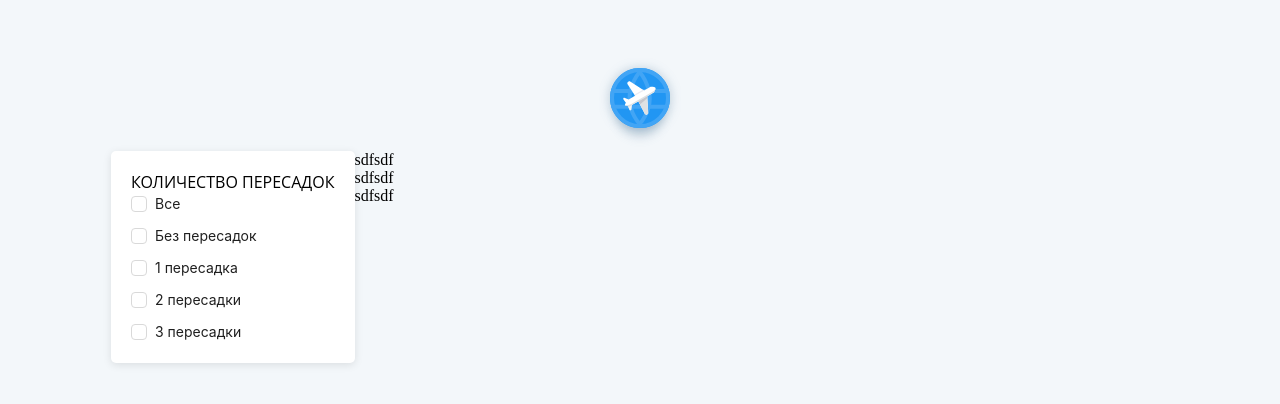
Repository: Dedoxa/aviasalesTickets
Page: /
These files come from the project's save history. The page is drawn as it stood at one moment and after a run of saves; the edit follows.
The browser window is 1280 px wide. The pictures show the whole page.
The project was rebuilt for these pictures with package versions that can differ from the ones it lists, and the page was loaded fresh each time. Also part of the build but not shown: vite.config.js.

Above is the page before, as saved 2024-10-19 16:16:54.

### index.html
<!doctype html>
<html lang="en">
  <head>
    <meta charset="UTF-8" />
    <meta name="viewport" content="width=device-width, initial-scale=1.0" />
    <title>AviasalesTickets</title>
  </head>
  <body>
    <div id="root"></div>
    <script type="module" src="/src/main.jsx"></script>
  </body>
</html>

### src/main.jsx
import { StrictMode } from 'react';
import { createRoot } from 'react-dom/client';

import App from './App.jsx';

createRoot(document.getElementById('root')).render(
  <StrictMode>
    <App />
  </StrictMode>
);

### src/App.jsx
// import React from 'react';

import TransferFilters from './TransferFilters/TransferFilters.jsx';
import AppIcon from './AppIcon/AppIcon.jsx';
import classes from './App.module.scss';

function App() {
  return (
    <main className={classes.App}>
      <AppIcon />
      <div style={ {display: 'flex'} }>
        <TransferFilters />
        <div className={classes.App['priceFiltersAndTicketsContainer']}>
          <div>sdfsdf</div>
          <div>sdfsdf</div>
          <div>sdfsdf</div>
        </div>
      </div>
    </main>
  );
}

export default App;

### src/TransferFilters/TransferFilters.jsx
import { Checkbox } from 'antd';

import { contentBox } from '../App.module.scss';

import classes from './TransferFilters.module.scss';

const TransferFilters = () => {
  return (
    <>
      <div className={contentBox}>
        <span className={classes.title}>КОЛИЧЕСТВО ПЕРЕСАДОК</span>
        <div className={classes.checkboxContainer}>
          <Checkbox>Все</Checkbox>
          <Checkbox>Без пересадок</Checkbox>
          <Checkbox>1 пересадка</Checkbox>
          <Checkbox>2 пересадки</Checkbox>
          <Checkbox>3 пересадки</Checkbox>
        </div>
      </div>
    </>
  );
};

export default TransferFilters;

### src/AppIcon/AppIcon.jsx
import classes from './AppIcon.module.scss';

const AppIcon = () => {
  return (
    <div className={classes.AppIcon}>
      <img src="/public/img/Logo.svg" alt="AviasalesIcon" />
    </div>
  );
};

export default AppIcon;

### src/App.module.scss
@font-face {
  font-family: 'Open Sans';
  src: url('https://fonts.googleapis.com/css2?family=Open+Sans:ital,wght@0,300..800;1,300..800&display=swap');
}

.contentBox {
    display: inline-block;
    font-family: 'Open Sans', sans-serif;
    background-color: #fff;
    border-radius: 5px;
    box-shadow: 0 2px 8px 0 rgba(0, 0, 0, 0.1);
    padding: 20px;
  }

body {
  background-color: #f3f7fa;
  padding: 50px 103px;
}

.App {
    .priceFiltersAndTicketsContainer {
        display: flex;
        flex-direction: column;
    }
}

### src/TransferFilters/TransferFilters.module.scss
.title {
  margin-bottom: 20px;
}

.checkboxContainer {
  display: flex;
  flex-direction: column;
  gap: 10px;
}

### src/AppIcon/AppIcon.module.scss
.AppIcon {
    text-align: center;
}

After the next 2 saves:
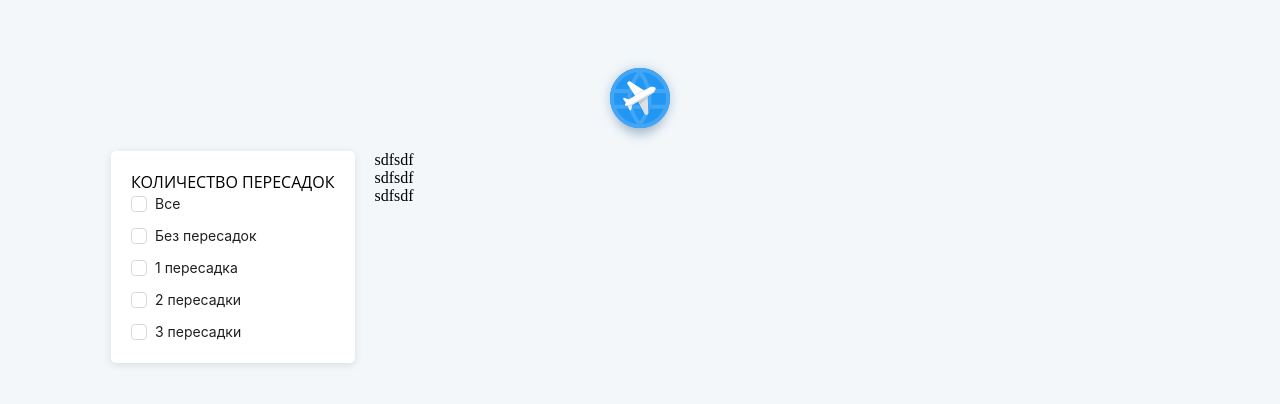
The 2 saves are shown as one change because 1 did not build or start.
The last was saved 28 s later.
--- a/src/App.jsx
+++ b/src/App.jsx
@@ -8,7 +8,7 @@ function App() {
   return (
     <main className={classes.App}>
       <AppIcon />
-      <div style={ {display: 'flex'} }>
+      <div style={{ display: 'flex', gap: '20px' }}>
         <TransferFilters />
         <div className={classes.App['priceFiltersAndTicketsContainer']}>
           <div>sdfsdf</div>
